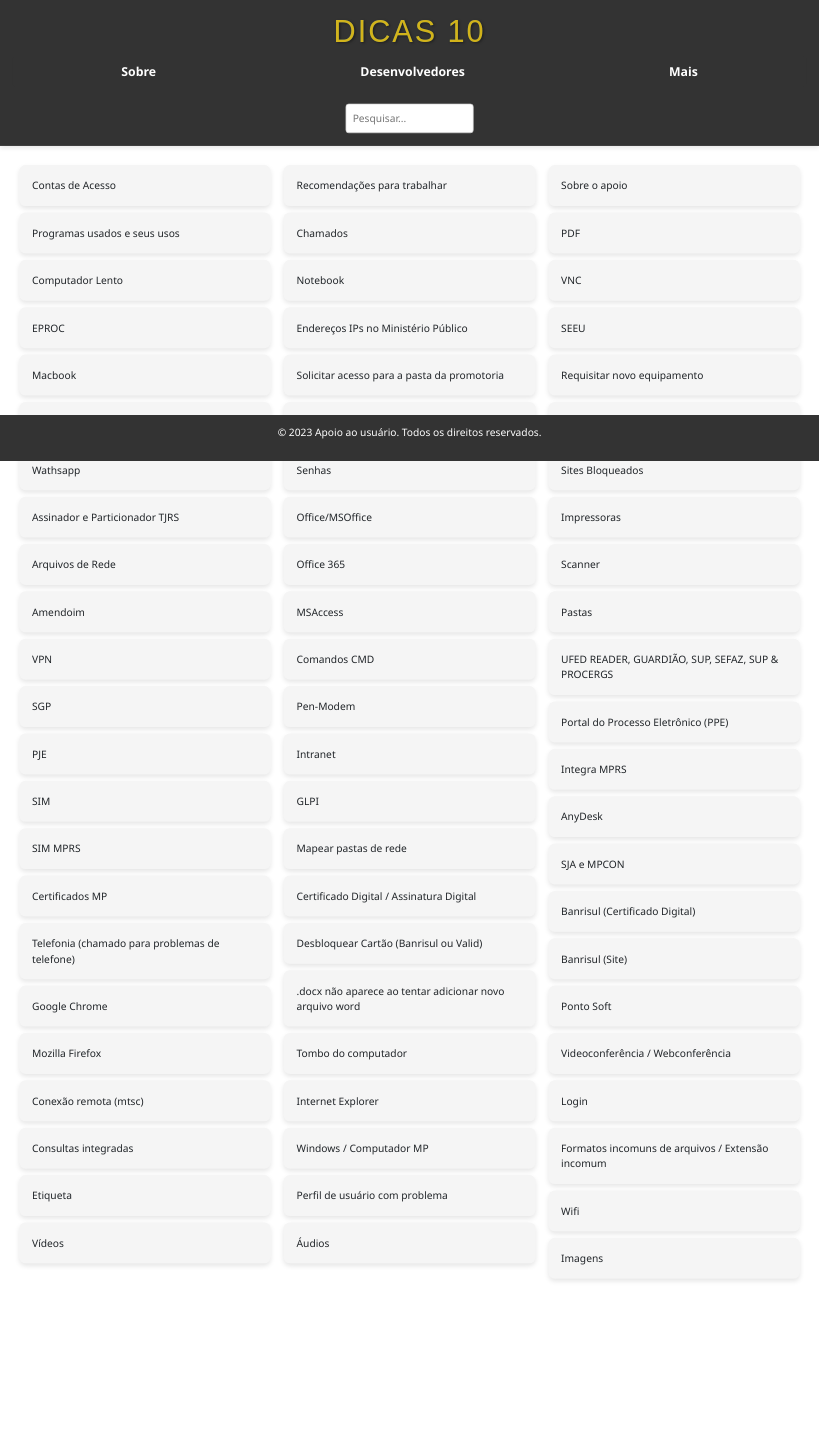
Repository: I4guito/dicasdez
Page: Dicas site/index.html
An editor plug-in stored every save of this project. The page is shown before and after a run of saves, followed by the edit.
The browser window is 1280 px wide. The pictures show the whole page, at 64% of full size.

Above is the page before, as saved 2023-12-11 12:35:30.

### Dicas site/index.html
<!DOCTYPE html>
<html lang="en">
<head>
    <meta charset="UTF-8">
    <meta name="viewport" content="width=device-width, initial-scale=1, shrink-to-fit=no">
    <link rel="stylesheet" href="https://stackpath.bootstrapcdn.com/bootstrap/4.3.1/css/bootstrap.min.css">
    <script src="https://code.jquery.com/jquery-3.3.1.slim.min.js"></script>
    <script src="https://stackpath.bootstrapcdn.com/bootstrap/4.3.1/js/bootstrap.min.js"></script>
    <link rel="stylesheet" href="styles.css">
    <script src="script.js"></script>

    <title>Dicas 10</title>
</head>
<body>
    <header>
        <h1>Dicas 10</h1>
        <nav>
            <ul>
                <li><a href="/Dicas site/Sobre/sobre.html">Sobre </a></li>
                <li><a href="/Dicas site/Desenvolvedores/desen.html">Desenvolvedores</a></li>
                <li><a href="/Dicas site/Mais/Mais.html">Mais</a></li>
            </ul>
        </nav>
        <input type="text" id="searchBar" placeholder="Pesquisar..." oninput="filterItems()">
    </header>

    <main>
        <div class="column" id="column1">
            <div class="box" onclick="openPage('/Dicas site/Dicas/contasacesso')">Contas de Acesso</div>
            <div class="box" onclick="openPage('/Dicas site/programas/programas')">Programas usados e seus usos</div>
            <div class="box" onclick="openPage('Dicas/pclento')">Computador Lento</div>
            <div class="box" onclick="openPage('Dicas/eproc')">EPROC</div>
            <div class="box" onclick="openPage('Dicas/macbook')">Macbook</div>
            <div class="box" onclick="openPage('Dicas/dns')">DNS</div>
            <div class="box" onclick="openPage('Dicas/waths')">Wathsapp</div>
            <div class="box" onclick="openPage('Dicas/tjrsap')">Assinador e Particionador TJRS</div>
            <div class="box" onclick="openPage('Dicas/arquivosderede')">Arquivos de Rede</div>
            <div class="box" onclick="openPage('Dicas/amendoim')">Amendoim</div>
            <div class="box" onclick="openPage('Dicas/vpn')">VPN</div>
            <div class="box" onclick="openPage('Dicas/SGP')">SGP</div>
            <div class="box" onclick="openPage('Dicas/PJE')">PJE</div>
            <div class="box" onclick="openPage('Dicas/SIM')">SIM</div>
            <div class="box" onclick="openPage('Dicas/SIMMPRS')">SIM MPRS</div>
            <div class="box" onclick="openPage('Dicas/certmp')">Certificados MP</div>
            <div class="box" onclick="openPage('Dicas/telefonia')">Telefonia (chamado para problemas de telefone)</div>
            <div class="box" onclick="openPage('Dicas/chrome')">Google Chrome</div>
            <div class="box" onclick="openPage('Dicas/mozilla')">Mozilla Firefox</div>
            <div class="box" onclick="openPage('Dicas/mtsc')">Conexão remota (mtsc)</div>
            <div class="box" onclick="openPage('Dicas/consultasi')">Consultas integradas</div>
            <div class="box" onclick="openPage('Dicas/etiqueta')">Etiqueta</div>
            <div class="box" onclick="openPage('Dicas/sobrevideos')">Vídeos</div>
        </div>

        <div class="column" id="column2">
            <div class="box" onclick="openPage('Dicas/recomenda')">Recomendações para trabalhar</div>
            <div class="box" onclick="openPage('Dicas/chamado')">Chamados</div>
            <div class="box" onclick="openPage('Dicas/notebook')">Notebook</div>
            <div class="box" onclick="openPage('Dicas/ips')">Endereços IPs no Ministério Público</div>
            <div class="box" onclick="openPage('Dicas/pastapro')">Solicitar acesso para a pasta da promotoria</div>
            <div class="box" onclick="openPage('Dicas/pendrive')">Pendrive</div>
            <div class="box" onclick="openPage('Dicas/senhas')">Senhas</div>
            <div class="box" onclick="openPage('Dicas/msoffice')">Office/MSOffice</div>
            <div class="box" onclick="openPage('Dicas/365')">Office 365</div>
            <div class="box" onclick="openPage('Dicas/access')">MSAccess</div>
            <div class="box" onclick="openPage('Dicas/cmd')">Comandos CMD</div>
            <div class="box" onclick="openPage('Dicas/penmodem')">Pen-Modem</div>
            <div class="box" onclick="openPage('Dicas/Intranet')">Intranet</div>
            <div class="box" onclick="openPage('Dicas/GLPI')">GLPI</div>
            <div class="box" onclick="openPage('Dicas/maprede')">Mapear pastas de rede</div>
            <div class="box" onclick="openPage('Dicas/certificadoeassinatura')">Certificado Digital / Assinatura Digital</div>
            <div class="box" onclick="openPage('Dicas/banvalid')">Desbloquear Cartão (Banrisul ou Valid) </div>
            <div class="box" onclick="openPage('Dicas/docxn')">.docx não aparece ao tentar adicionar novo arquivo word</div>
            <div class="box" onclick="openPage('Dicas/tombo')">Tombo do computador</div>
            <div class="box" onclick="openPage('Dicas/explorer')">Internet Explorer</div>
            <div class="box" onclick="openPage('Dicas/windows compmp')">Windows / Computador MP</div>
            <div class="box" onclick="openPage('Dicas/perfilproblema')">Perfil de usuário com problema</div>
            <div class="box" onclick="openPage('Dicas/sobreaudios')">Áudios</div>
        </div>

        <div class="column" id="column3">
            <div class="box" onclick="openPage('Dicas/sapoio')">Sobre o apoio</div>
            <div class="box" onclick="openPage('Dicas/pdf')">PDF</div>
            <div class="box" onclick="openPage('Dicas/vnc')">VNC</div>
            <div class="box" onclick="openPage('Dicas/seeu')">SEEU</div>
            <div class="box" onclick="openPage('Dicas/requisiçãoequip')">Requisitar novo equipamento</div>
            <div class="box" onclick="openPage('Dicas/leitorcartao')">Leitor de Cartão</div>
            <div class="box" onclick="openPage('Dicas/cgasite')">Sites Bloqueados</div>
            <div class="box" onclick="openPage('Dicas/impressoras')">Impressoras</div>
            <div class="box" onclick="openPage('Dicas/scanner')">Scanner</div>
            <div class="box" onclick="openPage('Dicas/pasta')">Pastas</div>
            <div class="box" onclick="openPage('Dicas/alguns sistemas')">UFED READER, GUARDIÃO, SUP, SEFAZ, SUP & PROCERGS</div>
            <div class="box" onclick="openPage('Dicas/PPE')">Portal do Processo Eletrônico (PPE)</div>
            <div class="box" onclick="openPage('Dicas/integra')">Integra MPRS</div>
            <div class="box" onclick="openPage('Dicas/anydesk')">AnyDesk</div>
            <div class="box" onclick="openPage('Dicas/sja')">SJA e MPCON</div>
            <div class="box" onclick="openPage('Dicas/banricert')">Banrisul (Certificado Digital)</div>
            <div class="box" onclick="openPage('Dicas/banrisite')">Banrisul (Site)</div>
            <div class="box" onclick="openPage('Dicas/pontosoft')">Ponto Soft</div>
            <div class="box" onclick="openPage('Dicas/videoconfe')">Videoconferência / Webconferência</div>
            <div class="box" onclick="openPage('Dicas/loginmp')">Login</div>
            <div class="box" onclick="openPage('Dicas/formatosinc')">Formatos incomuns de arquivos / Extensão incomum</div>
            <div class="box" onclick="openPage('Dicas/wifi')">Wifi</div>
            <div class="box" onclick="openPage('Dicas/sobreimagens')">Imagens</div>
        </div>
    </main><br><br><br><br><br><br><br><br><br>


    <footer>
        <p>&copy; 2023 Apoio ao usuário. Todos os direitos reservados.</p>
    </footer>

</body>
</html>

### Dicas site/styles.css
body {
    font-family: 'Segoe UI', Tahoma, Geneva, Verdana, sans-serif;
    margin: 0;
    padding: 0;

}

header {
    background-color: #333;
    color: #fff;
    text-align: center;
    padding: 20px;
    box-shadow: 0 4px 8px rgba(0, 0, 0, 0.1);
}

header h1{
    margin: 0;
    font-size: 3em;
    font-family: 'Quicksand', sans-serif;
    color: #e7c012e5;
    text-transform: uppercase;
    letter-spacing: 3px;
    background: linear-gradient(135deg, #2980b9, #2c3e50);
    -webkit-background-clip: text;
    text-shadow: 2px 2px 4px rgba(0, 0, 0, 0.4);

}

nav ul {
    list-style-type: none;
    padding: 0;
    display: flex;
    justify-content: space-around;
    margin-top: 10px;
    background-color: #333;
    padding: 10px;
    border-radius: 5px;
}

nav a {
    text-decoration: none;
    color: #fff;
    font-weight: bold;
    font-size: 1.2em;
    transition: color 0.3s ease-in-out;
}

nav a:hover {
    color: #ffd700;
}

input[type="text"] {
    padding: 10px;
    margin-top: 10px;
    width: 200px;
    border: 1px solid #ccc;
    border-radius: 5px;
}

main {
    display: flex;
    justify-content: space-around;
    padding: 20px;
}

.column {
    flex: 1;
}


.box {
    background-color: #f5f5f5;
    padding: 20px;
    margin: 10px;
    cursor: pointer;
    border-radius: 10px;
    box-shadow: 0 4px 8px rgba(0, 0, 0, 0.1);
    transition: background-color 0.3s ease-in-out;
}

.box:hover {
    background-color: #ddd;
}

footer {
    background-color: #333;
    color: #fff;
    text-align: center;
    padding: 1em;
    position: fixed;
    bottom: 0;
    width: 100%;
}

### Dicas site/script.js
function filterItems() {
    var searchBar = document.getElementById('searchBar');
    var filter = searchBar.value.toUpperCase();

    var columns = document.getElementsByClassName('column');
    for (var i = 0; i < columns.length; i++) {
        var boxes = columns[i].getElementsByClassName('box');
        for (var j = 0; j < boxes.length; j++) {
            var item = boxes[j];
            var textValue = item.textContent || item.innerText;
            if (textValue.toUpperCase().indexOf(filter) > -1) {
                item.style.display = "";
            } else {
                item.style.display = "none";
            }
        }
    }
}

function openPage(pageName) {
    window.location.href = pageName + '.html';
}

const isOpera = navigator.userAgent.indexOf("OPR") > -1;

if (isOpera) {
    document.addEventListener("DOMContentLoaded", function () {
        const containers = document.querySelectorAll(".container");
        containers.forEach(function (container) {
            container.style.backgroundColor = "#005c4b";
            container.style.color = "#333";
        });
    });
}

After the next 2 saves:
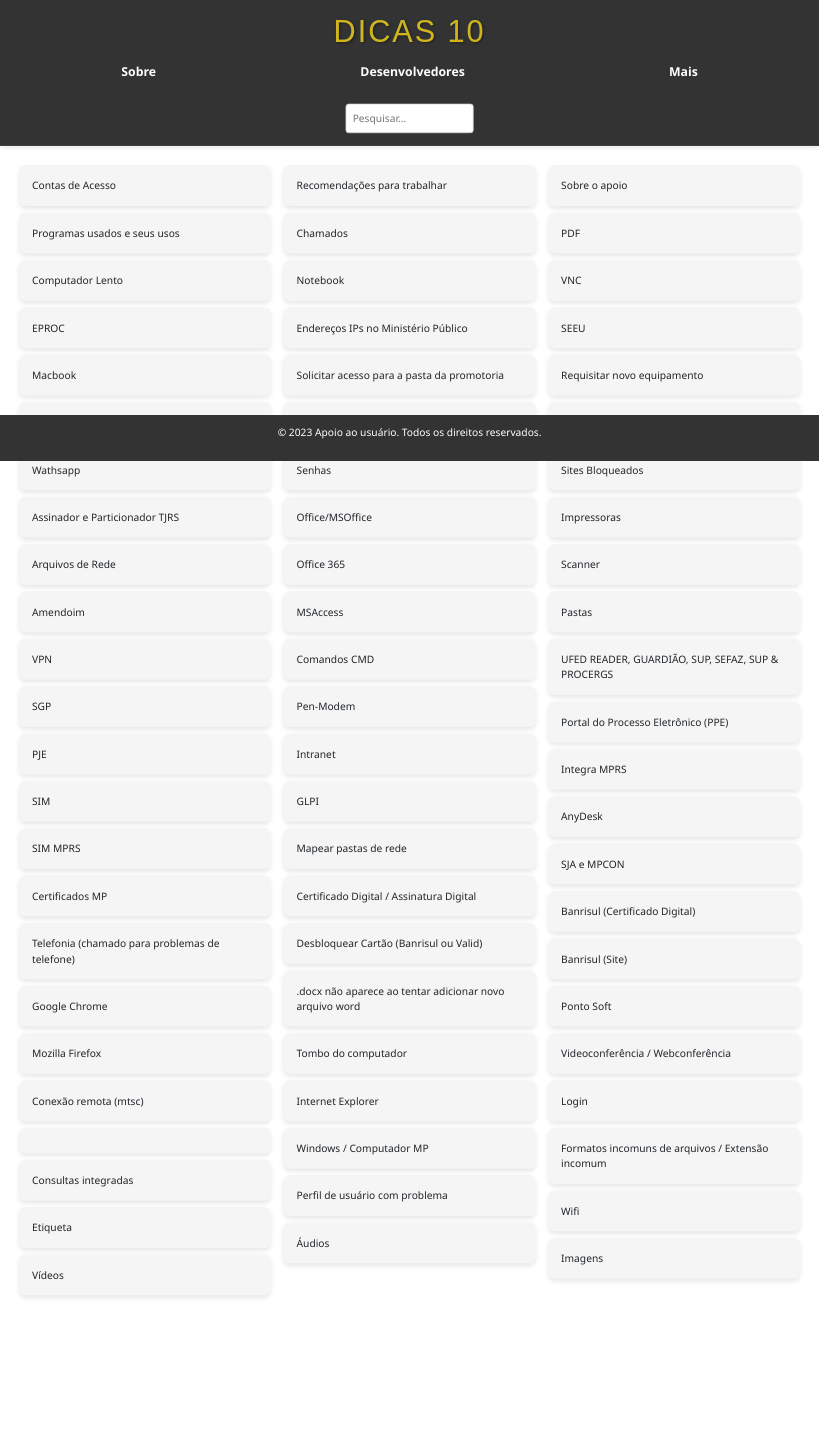
The 2 saves are shown as one change because they came seconds apart.
The last was saved 2 min 38 s later.
--- a/Dicas site/index.html
+++ b/Dicas site/index.html
@@ -46,6 +46,7 @@
             <div class="box" onclick="openPage('Dicas/chrome')">Google Chrome</div>
             <div class="box" onclick="openPage('Dicas/mozilla')">Mozilla Firefox</div>
             <div class="box" onclick="openPage('Dicas/mtsc')">Conexão remota (mtsc)</div>
+            <div class="box" onclick="openPage('Dicas/SIM')"></div>
             <div class="box" onclick="openPage('Dicas/consultasi')">Consultas integradas</div>
             <div class="box" onclick="openPage('Dicas/etiqueta')">Etiqueta</div>
             <div class="box" onclick="openPage('Dicas/sobrevideos')">Vídeos</div>
